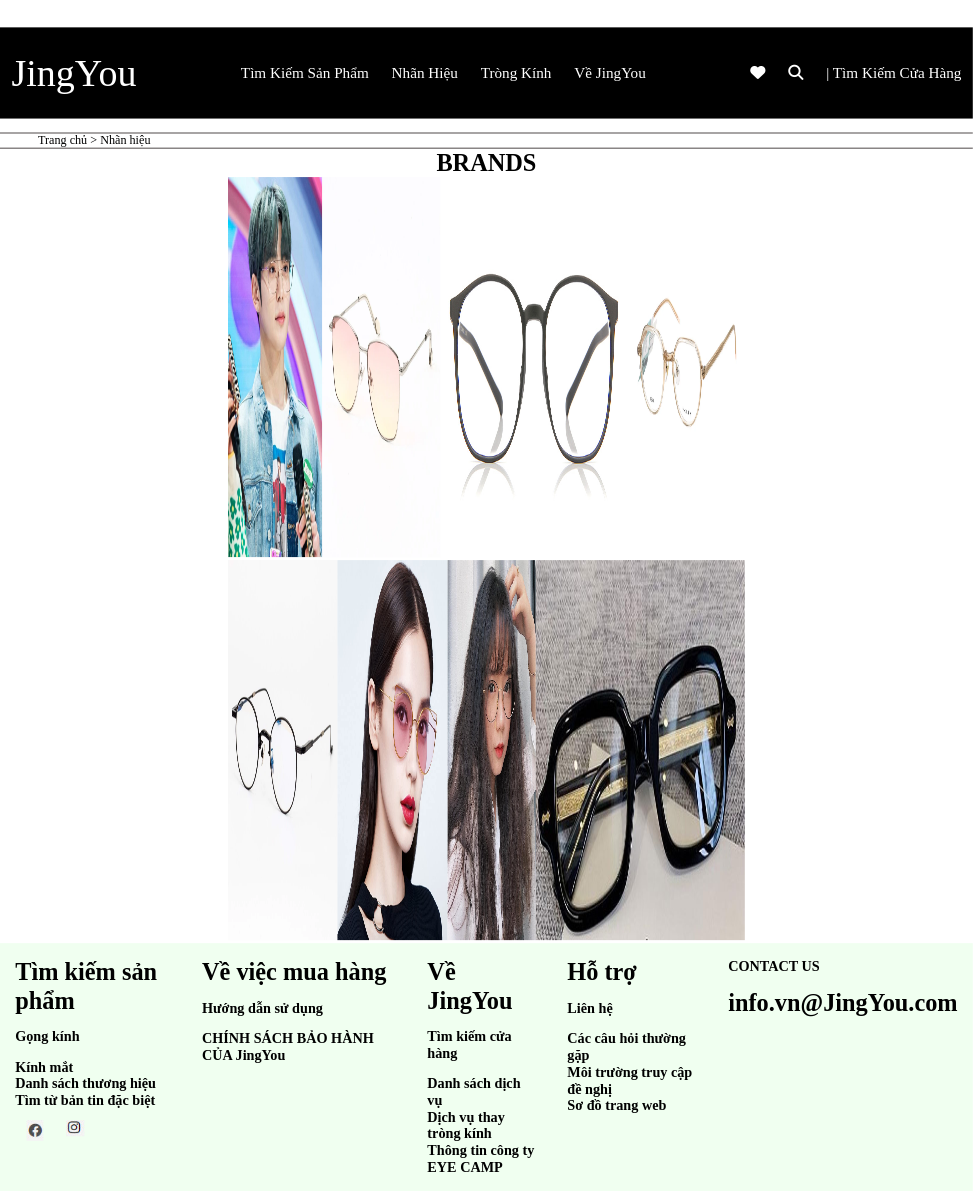
Repository: Cupid123588/Assignment
Page: bt2.html
The author's editor kept a copy of each file at every save. The page is drawn from the files as they stood at one save, then again after the next save.
The browser window is 1280 px wide. The pictures show the whole page, at 76% of full size.

Above is the page before, as saved 2022-10-18 16:20:04.

After the next save:
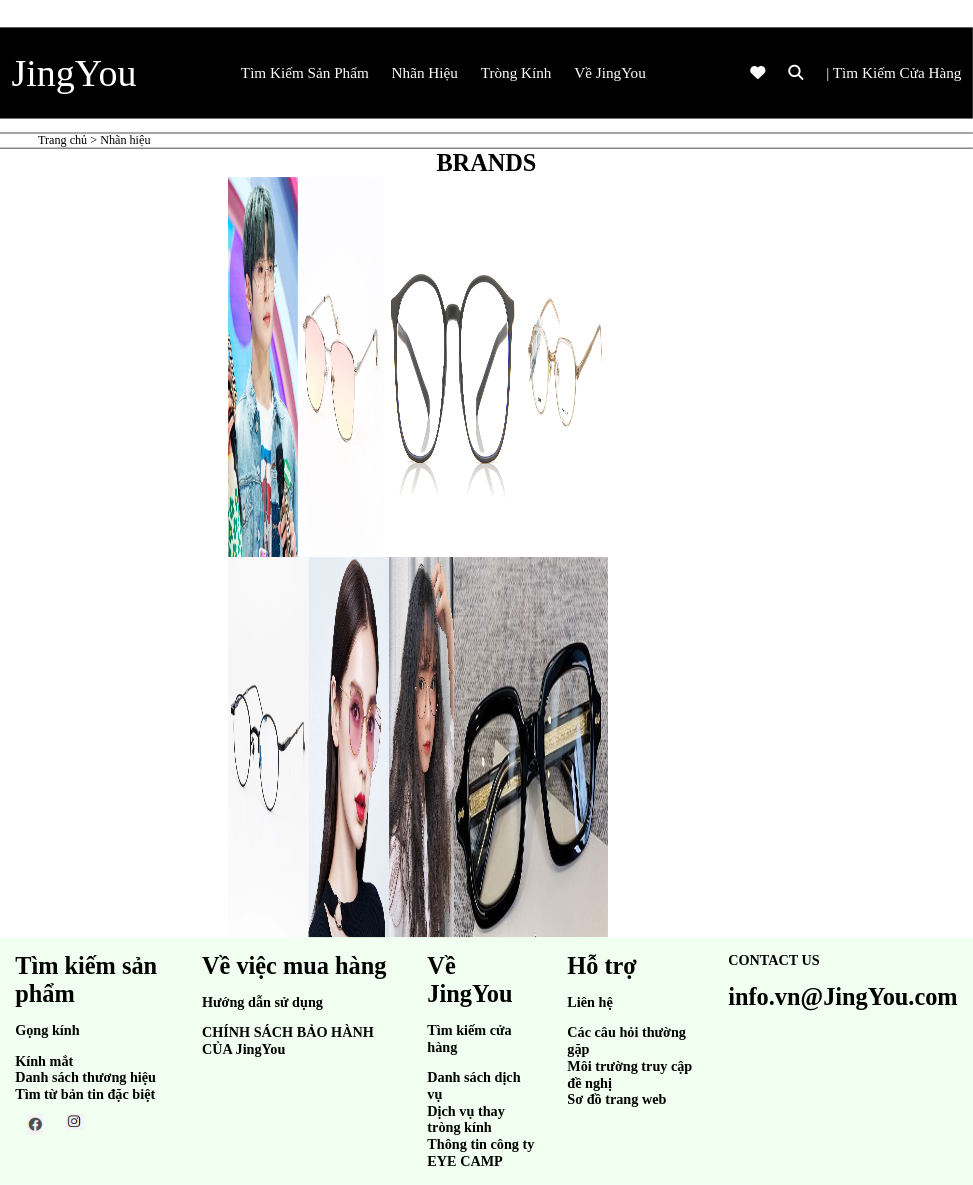
Saved 22 s later.
--- a/style.css
+++ b/style.css
@@ -176,8 +176,8 @@
 }
 
 .mtp {
-    width: 100%;
-    height: 100%;
+    width: 500px;
+    height: 500px;
     display: flex;
 }
 
